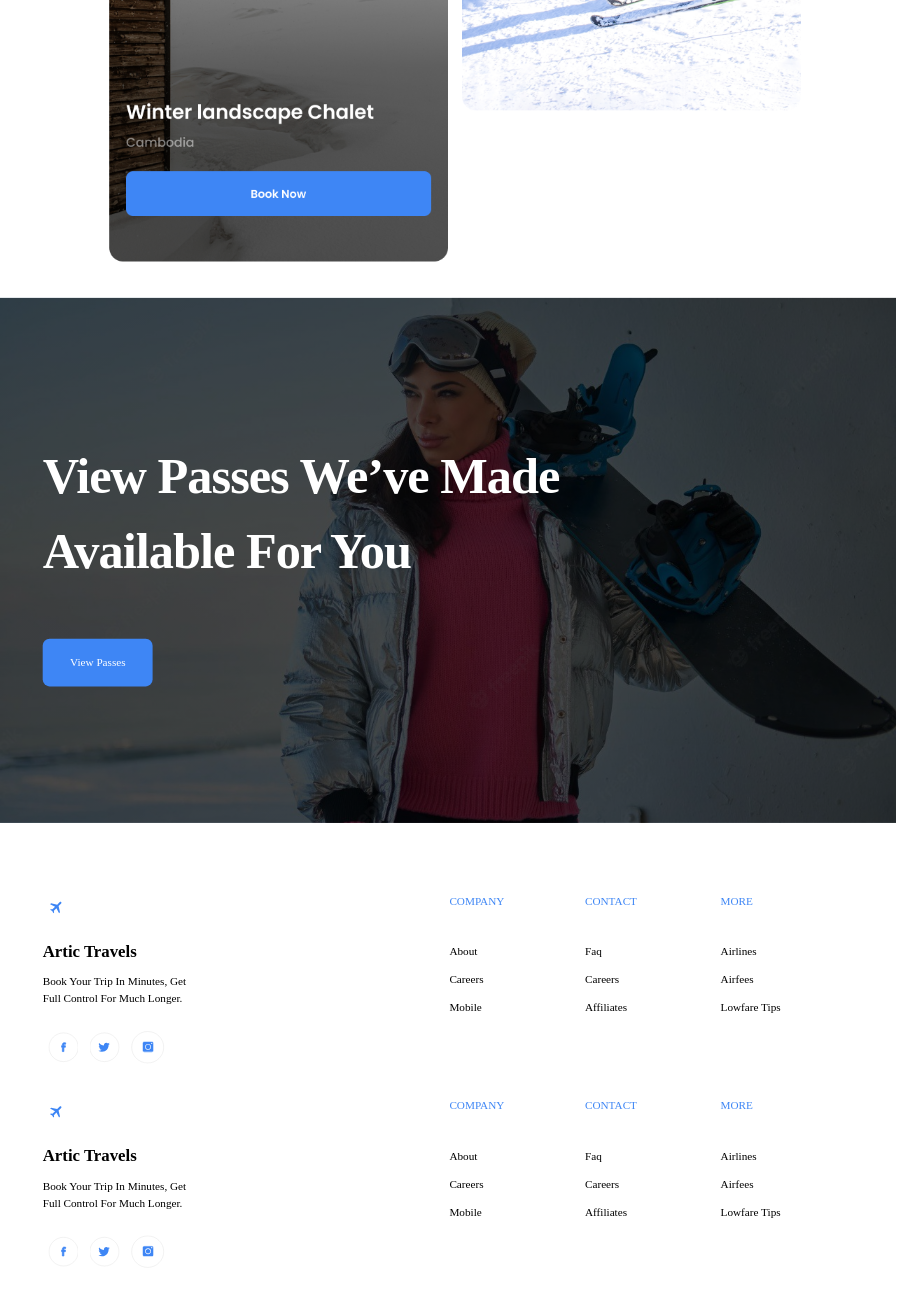
Repository: swissjake/arctic-travel-agency
Page: /
These files come from the project's save history. The page is drawn as it stood at one moment and after the next save; the edit follows.
The browser window is 1280 px wide. The page is 1300 px wide, so the pictures cover 1300 px, including what lies to the right of the window. The pictures show the part of the page from y = 4101 to 5981 px (the page is 5981 px tall before and 5893 px after), at 70% of full size.
The project was rebuilt for these pictures with package versions that can differ from the ones it lists, and the page was loaded fresh each time. Also part of the build but not shown: src/App.css.

Above is the page before, as saved 2022-05-04 17:37:18.

After the next save:
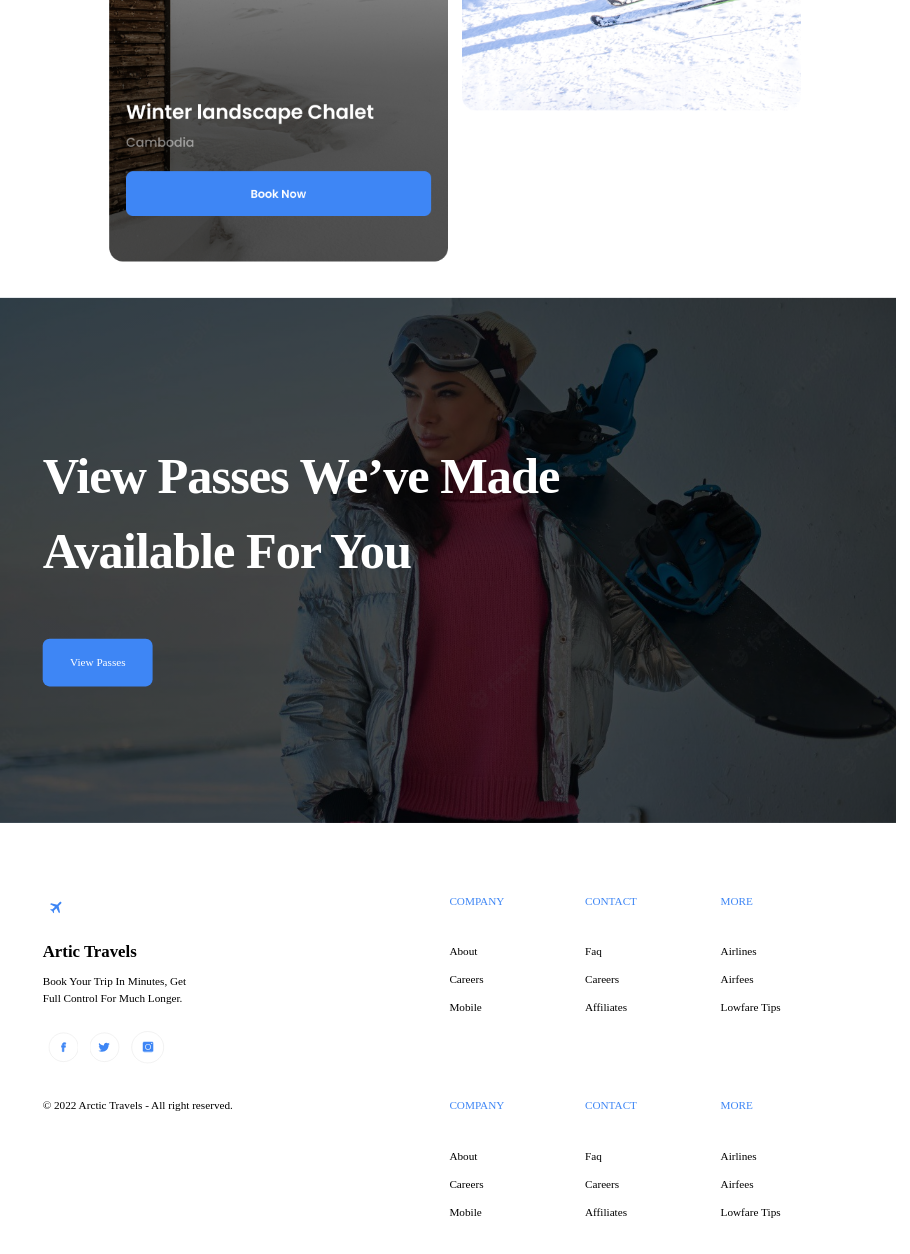
Saved 10 s later.
--- a/src/components/Footer/Footer.tsx
+++ b/src/components/Footer/Footer.tsx
@@ -64,14 +64,7 @@ control for much longer.</p>
               <div className="sm:flex justify-between">
 
 <div className="mb-[3rem] w-[50%]">
-  <img src={aeroplane} className="mb-[27px]" alt="aeroplane" />
-  <p className="capitalize text-2xl font-bold">artic travels</p>
-  <p className="capitalize mt-[16px] mb-[34px] w-[217px]">Book your trip in minutes, get full
-control for much longer.</p>
-<div className="flex mt-5">
-
-  {social.map((item,index)=> (<img src={item} className="mx-2 " alt="icons" />))}
-</div>
+© 2022 Arctic Travels - All right reserved.
 </div>
 
 <div className='mb-5 flex-1'>
